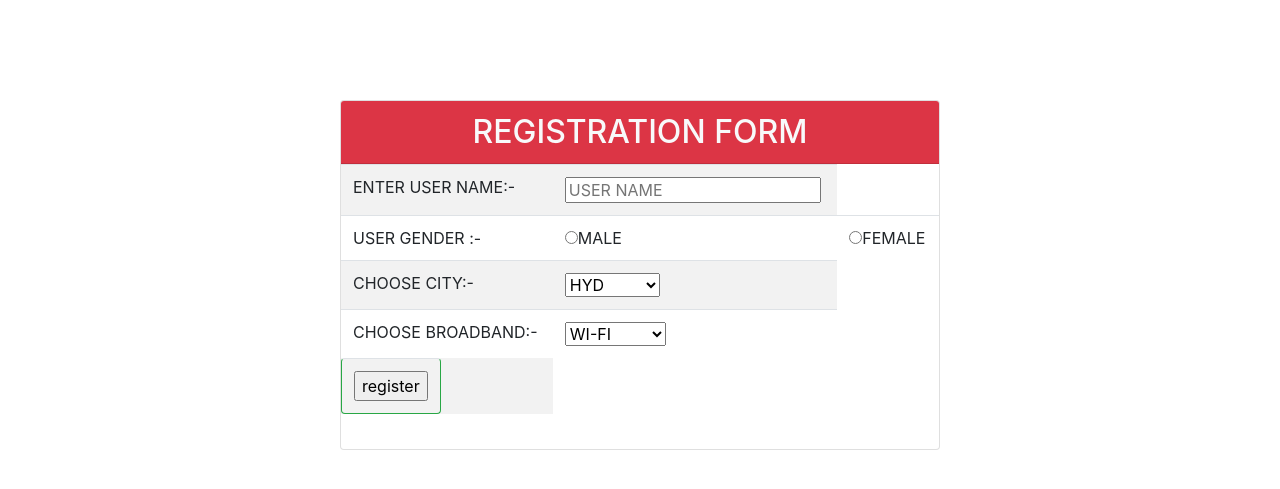
Repository: REDDI-BHARGAV/project
Page: http://localhost/PROJECT/
An editor plug-in stored every save of this project. The page is shown before and after the next save, followed by the edit.
The browser window is 1280 px wide. The pictures show the whole page.
The page is served by Tomcat 9. Other server files are loaded and not shown.

Above is the page before, as saved 2022-07-26 11:33:00.

### PROJECT/src/main/webapp/index.jsp
<%@ page language="java" contentType="text/html; charset=UTF-8"
    pageEncoding="UTF-8"%>
<html>
<head>
<meta charset="ISO-8859-1">
<title>CGI</title>
<style>
#div {
	height: 350px;
	width: 600px;
	margin: auto;
	margin-top: 100px;
}
</style>
<link rel="stylesheet"
	href="https://cdn.jsdelivr.net/npm/bootstrap@4.0.0/dist/css/bootstrap.min.css"
	integrity="sha384-Gn5384xqQ1aoWXA+058RXPxPg6fy4IWvTNh0E263XmFcJlSAwiGgFAW/dAiS6JXm"
	crossorigin="anonymous">
</head>
<body class="container-fluid">
	<div class="card" id="div">
		<form action="register" method="post">
			<table class="table table-hover table-striped">
				<h2 class="card-header text-center bg-danger text-light">REGISTRATION
					FORM</h2>
				<tr>
					<td>ENTER USER NAME:-</td>
					<td><input type="text" name="name" placeholder="USER NAME"></td>
				</tr>
				<tr>
					<td>USER GENDER :-</td>
					<td><input type="radio" name="gender" value="MALE">MALE</td>
					<td><input type="radio" name="gender" value="FEMALE">FEMALE</td>
				</tr>
				<tr>
					<td>CHOOSE CITY:-</td>
					<td><select name="location">
							<option value="hyd ">HYD</option>
							<option value="chn ">CHENNAI</option>
							<option value="pune ">PUNE</option>
							<option value="mbm ">MUMBAI</option>
					</select></td>
				</tr>
				<tr>
					<td>CHOOSE BROADBAND:-</td>
					<td><select name="broadband">
							<option value="wifi ">WI-FI</option>
							<option value="chn ">INTERNET</option>
							<option value="pune ">HOTSPOT</option>
					</select></td>
				</tr>

				<tr>
					<td class=" btn btn-outline-success"><input type="submit" value="register"></td>
				</tr>

			</table>

		</form>

	</div>

</body>
</html>

After the next save:
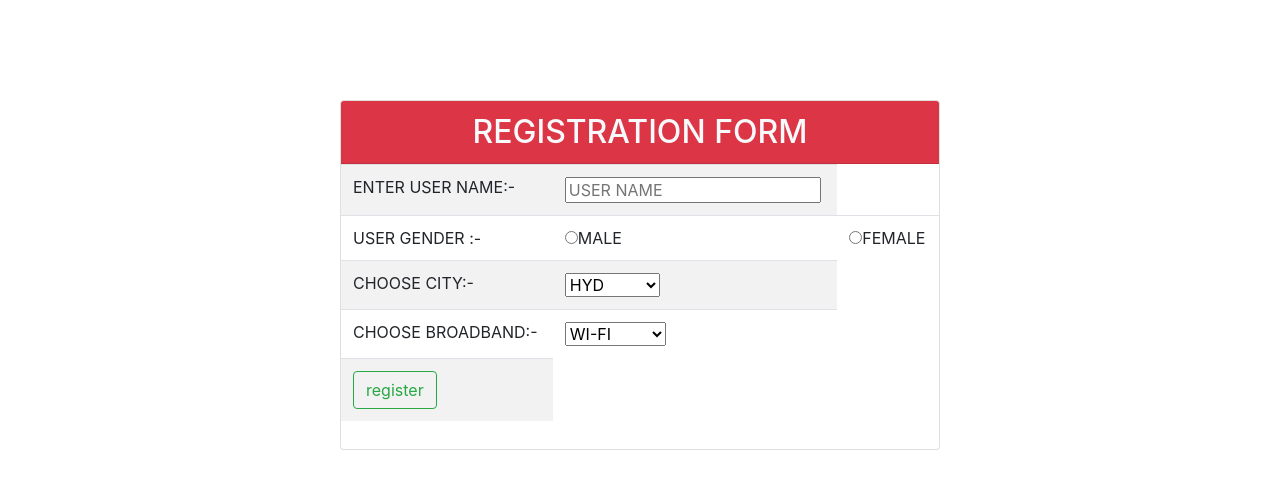
Saved 103 s later.
--- a/PROJECT/src/main/webapp/index.jsp
+++ b/PROJECT/src/main/webapp/index.jsp
@@ -51,7 +51,7 @@
 				</tr>
 
 				<tr>
-					<td class=" btn btn-outline-success"><input type="submit" value="register"></td>
+					<td ><input type="submit" value="register" class=" btn btn-outline-success"></td>
 				</tr>
 
 			</table>
